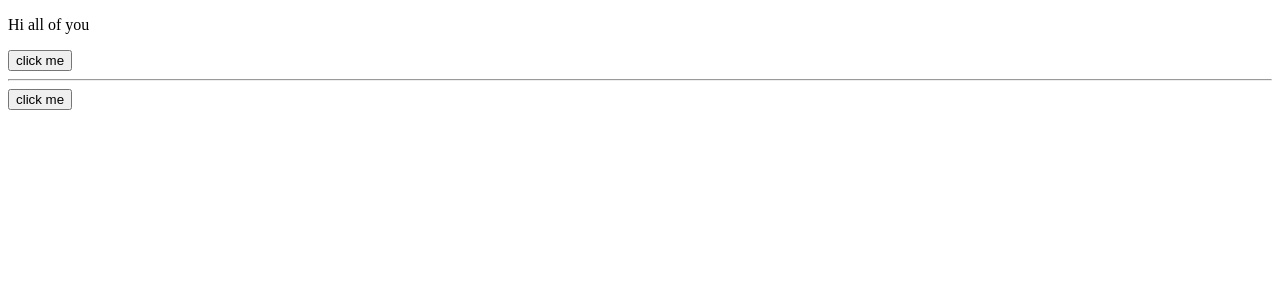
Repository: AwareSelf/JavaTrainingPublic
Page: 15Sep/webapp_1sepbatch/HtmlJSWeb/src/main/webapp/innerhtmlex.html
The author's editor kept a copy of each file at every save. The page is drawn from the files as they stood at one save, then again after the next save.
The browser window is 1280 px wide. The pictures show the whole page.

Above is the page before, as saved 2022-09-14 07:06:52.

After the next save:
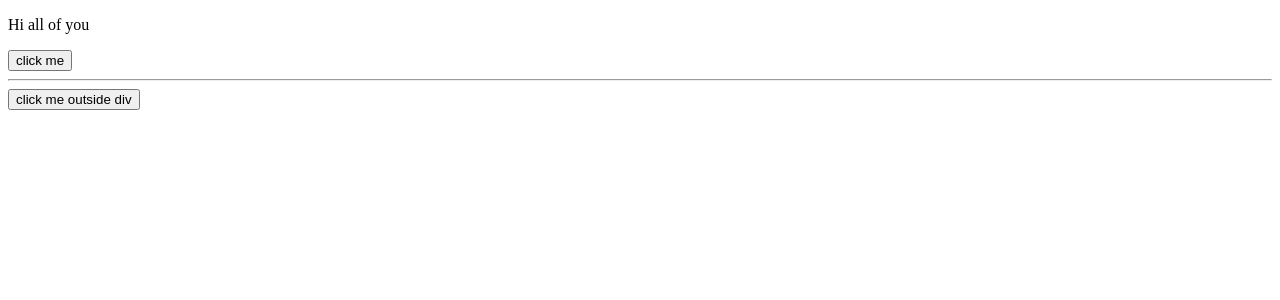
Saved 10 s later.
--- a/15Sep/webapp_1sepbatch/HtmlJSWeb/src/main/webapp/innerhtmlex.html
+++ b/15Sep/webapp_1sepbatch/HtmlJSWeb/src/main/webapp/innerhtmlex.html
@@ -12,7 +12,7 @@
 </div>
 
 <hr>
-     <input type="button" value="click me" onclick="func()"/>
+     <input type="button" value="click me outside div" onclick="func()"/>
 
 
 <script type="text/javascript">
